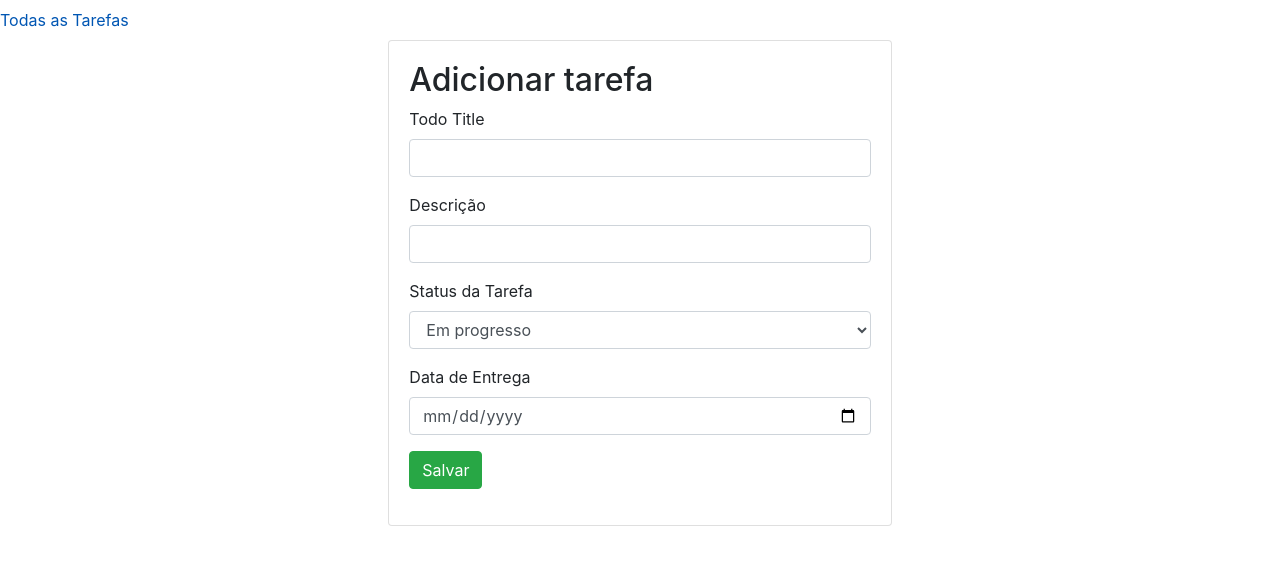
Repository: sophiaks/CRUD
Page: http://localhost/Projeto1/rameshForm.jsp
These files come from the project's save history. The page is drawn as it stood at one moment and after the next save; the edit follows.
The browser window is 1280 px wide. The pictures show the whole page.
The page is served by Tomcat 9. The template is opened directly, without the code that normally fills it, so the values that code supplies are empty.

Above is the page before, as saved 2020-09-21 18:09:33.

After the next save:
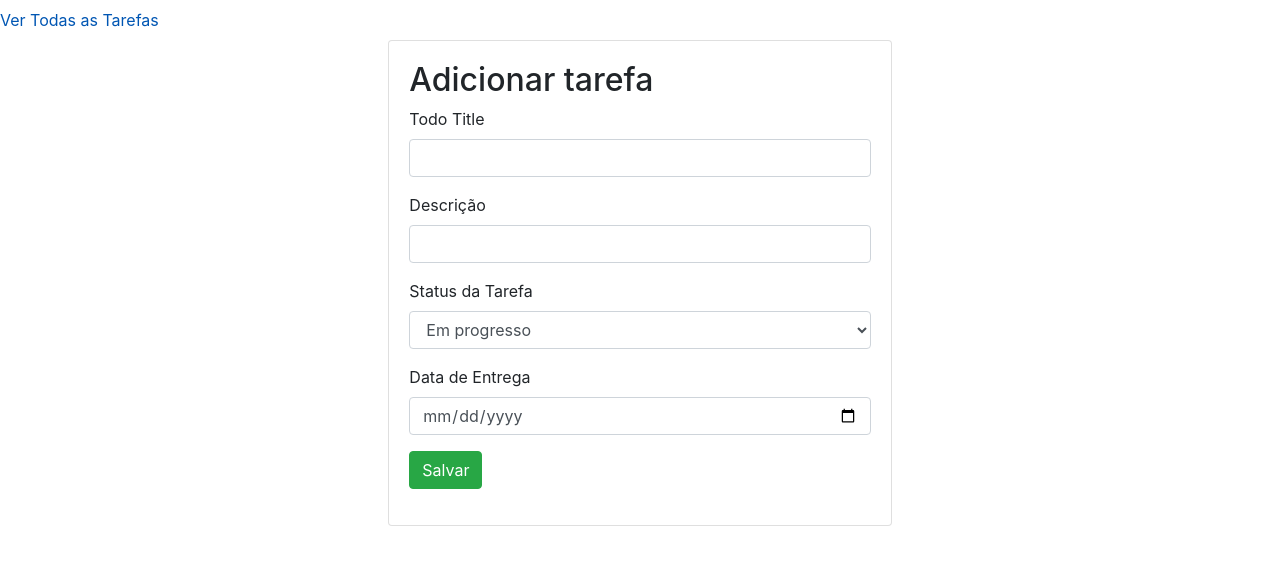
Saved 15 s later.
--- a/WorkspaceP1/Projeto1/WebContent/rameshForm.jsp
+++ b/WorkspaceP1/Projeto1/WebContent/rameshForm.jsp
@@ -17,7 +17,7 @@
 	<header>
 			<ul class="navbar-nav">
 				<li><a href="<%=request.getContextPath()%>/lista.jsp"
-					class="nav-link">Todas as Tarefas</a></li>
+					class="nav-link">Ver Todas as Tarefas</a></li>
 			</ul>
 		</nav>
 	</header>
